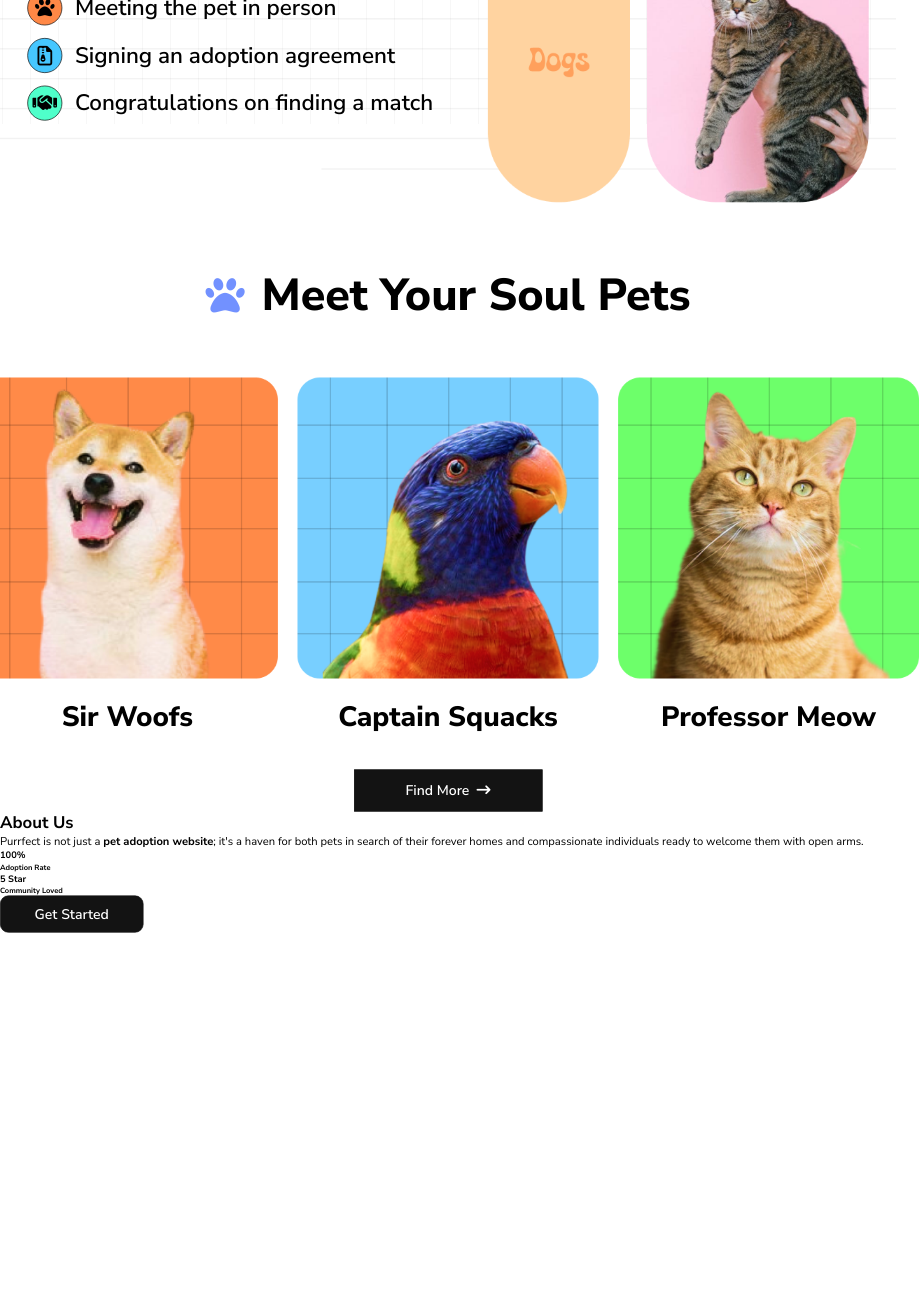
Repository: prashidika/purrfect-pet-adoption
Page: index.html
These files come from the project's save history. The page is drawn as it stood at one moment and after the next save; the edit follows.
The browser window is 1280 px wide. The page is 1313 px wide, so the pictures cover 1313 px, including what lies to the right of the window. The pictures show the part of the page from y = 1545 to 3425 px (the page is 3425 px tall before and 3160 px after), at 70% of full size.
Some web libraries are served in a nearby version.

Above is the page before, as saved 2025-08-25 15:16:06.

After the next save:
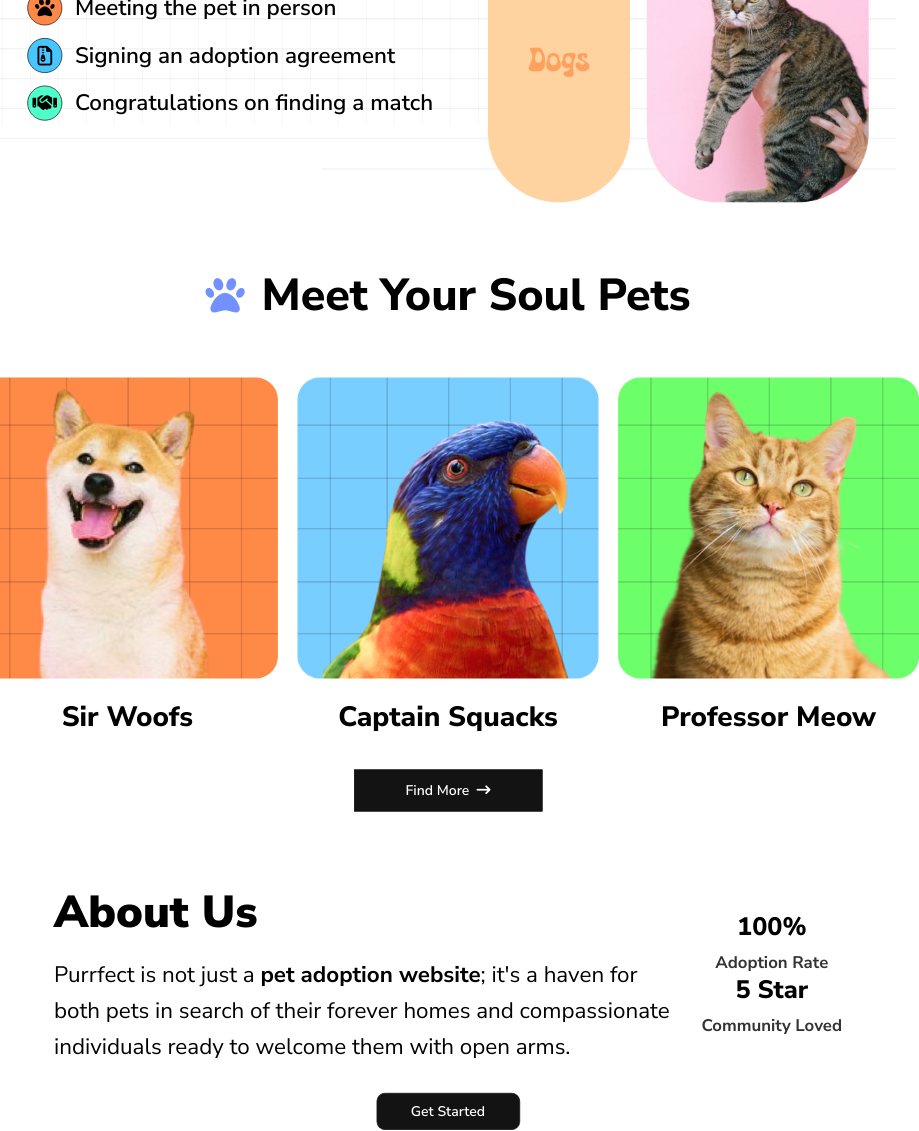
Saved 8 min 6 s later.
--- a/index.html
+++ b/index.html
@@ -173,7 +173,7 @@
 <!-- About Section -->
 
 
-<section class="about" id="about">
+<div class="about" id="about">
     <div class="about-headlines">
         <h1>About Us</h1>
         <p class="reveal-type" data-bg-color="#cccccc" data-fg-color="black">
@@ -197,7 +197,7 @@
     </div>
     <button class="btn-3">Get Started</button>
 
-</section>
+</div>
 <!-- About Section End -->
 
 
--- a/style.css
+++ b/style.css
@@ -318,3 +318,75 @@ nav.sticky {
     border-radius: 0px;
     margin-top: 48px;
 }
+
+/* About Section */
+.about {
+    display: flex;
+    align-items: center;
+    justify-content: center;
+    gap: 40px;
+    margin-top: 100px;
+    padding: 0 50px;
+    flex-wrap: wrap;
+    /* makes it responsive */
+}
+
+.about-headlines {
+    display: flex;
+    flex-direction: column;
+    width: 885px;
+}
+
+.about-headlines h1 {
+    font-size: 64px;
+    font-weight: 900;
+    margin-bottom: 20px;
+}
+
+.about-headlines p {
+    font-size: 32px;
+    font-weight: 400;
+    line-height: 1.6;
+}
+
+.about-info {
+    display: flex;
+    justify-content: center;
+    gap: 76px;
+    margin-top: 40px;
+    flex-wrap: wrap;
+}
+
+.about-info-item {
+    display: flex;
+    flex-direction: column;
+    align-items: center;
+}
+
+.about-info-item h5 {
+    font-size: 36px;
+    font-weight: 800;
+    margin-bottom: 10px;
+}
+
+.about-info-item h6 {
+    font-size: 24px;
+    font-weight: 700;
+    color: #333;
+}
+
+.about-headlines button {
+    margin-top: 48px;
+    padding: 12px 24px;
+    background-color: #7291ff;
+    color: white;
+    border: none;
+    border-radius: 8px;
+    font-size: 16px;
+    cursor: pointer;
+    transition: background 0.3s;
+}
+
+.about-headlines button:hover {
+    background-color: #5677e6;
+}
